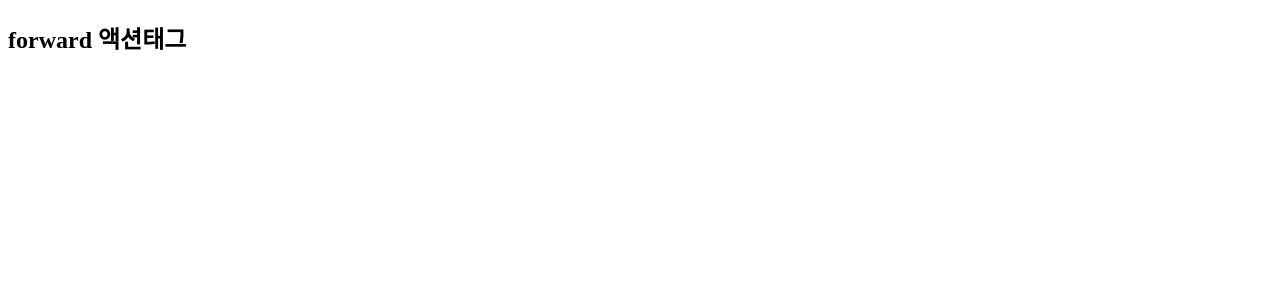
Repository: BangHoJung/jsp
Page: http://localhost/Step02/1229/forwardTESTForm.jsp
The author's editor kept a copy of each file at every save. The page is drawn from the files as they stood at one save, then again after the next save.
The browser window is 1280 px wide. The pictures show the whole page.
The page is served by Tomcat 9.

Above is the page before, as saved 2020-12-29 06:42:29.

After the next save:
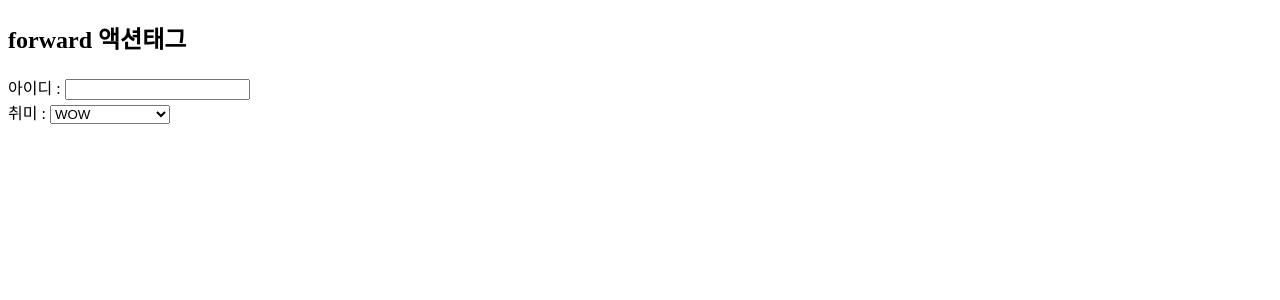
Saved 72 s later.
--- a/Step02/WebContent/1229/forwardTESTForm.jsp
+++ b/Step02/WebContent/1229/forwardTESTForm.jsp
@@ -11,7 +11,13 @@
 	<h2>forward 액션태그</h2>
 
 	<form method="get" action="forwarTEST.jsp">
-
+		아이디 : <input type="text" name="id"> <br>
+		취미 :
+		<select name="hobby">
+			<option value="WOW">WOW</option>
+			<option value="만화보기">만화보기</option>
+			<option value="스타2-군단의심장">스타2-군단의심장</option>
+		</select>
 	</form>
 
 </body>
